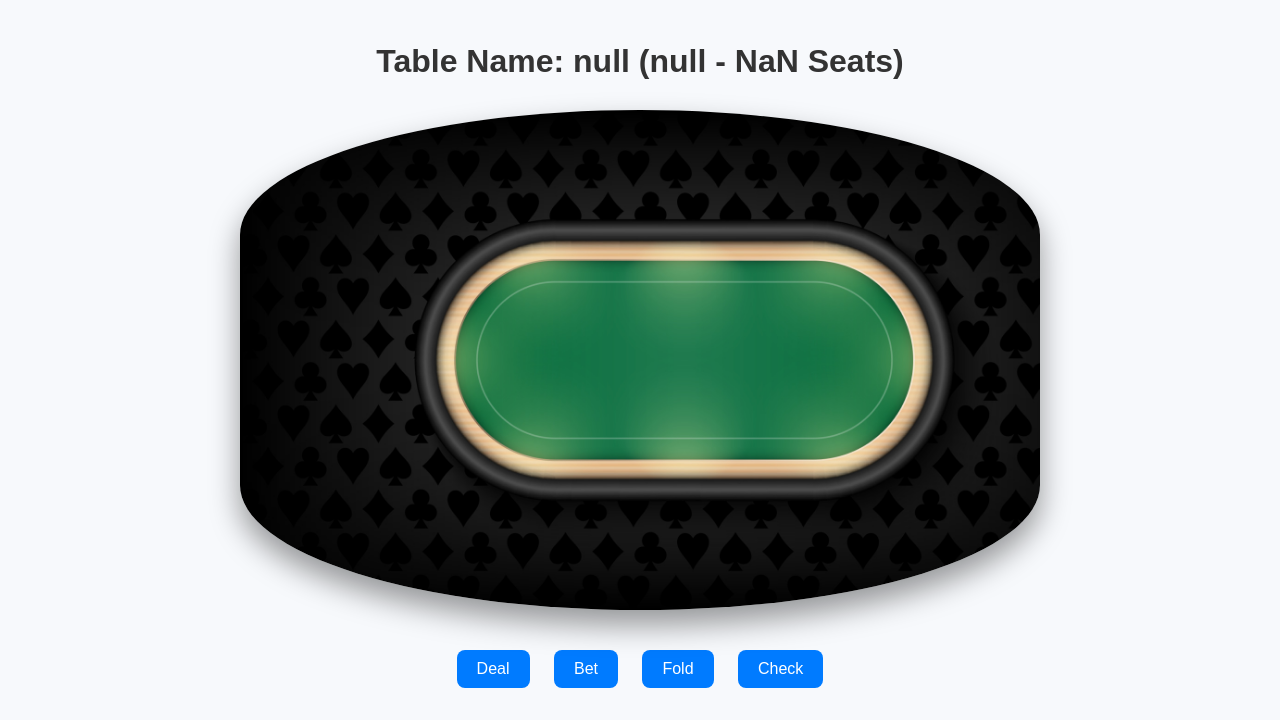
Repository: KidBillionaire/newapp
Page: public/playTable.html
The author's editor kept a copy of each file at every save. The page is drawn from the files as they stood at one save, then again after the next save.
The browser window is 1280 px wide. The pictures show the whole page.

Above is the page before, as saved 2024-10-10 17:27:50.

### public/playTable.html
<!DOCTYPE html>
<html lang="en">
<head>
    <meta charset="UTF-8">
    <meta name="viewport" content="width=device-width, initial-scale=1.0">
    <title>Sit Down at the Poker Table</title>
    <link rel="stylesheet" href="styles.css">
</head>
<body>
    <div class="container">
        <h1 id="tableNameHeading">Poker Table</h1>
        <div id="pokerTableContainer">
            <!-- Seats will be dynamically populated here -->
            <div id="communityCardsContainer">
                <div class="community-card" id="card1"></div>
                <div class="community-card" id="card2"></div>
                <div class="community-card" id="card3"></div>
                <div class="community-card" id="card4"></div>
                <div class="community-card" id="card5"></div>
            </div>
        </div>

        <!-- Action Buttons -->
        <div id="actionsContainer">
            <button id="dealButton">Deal</button>
            <button id="betButton" disabled>Bet</button>
            <button id="foldButton" disabled>Fold</button>
            <button id="checkButton" disabled>Check</button>
        </div>
    </div>

    <script>
        const pokerTableContainer = document.getElementById('pokerTableContainer');
        const betButton = document.getElementById('betButton');
        const foldButton = document.getElementById('foldButton');
        const checkButton = document.getElementById('checkButton');
        const dealButton = document.getElementById('dealButton');
        const tableNameHeading = document.getElementById('tableNameHeading');
        const communityCards = document.querySelectorAll('.community-card');

        // Retrieve table settings from local storage
        const tableName = localStorage.getItem('pokerTableName');
        const numSeats = parseInt(localStorage.getItem('numSeats'));
        const tableType = localStorage.getItem('tableType');

        tableNameHeading.textContent = `Table Name: ${tableName} (${tableType} - ${numSeats} Seats)`;

        let playerSeated = false;
        let playerHand = [];

        // Function to populate seats around the table
        function setupTable() {
            const xRadius = 350;
            const yRadius = 200;
            const centerX = 400;
            const centerY = 250;

            for (let i = 0; i < numSeats; i++) {
                const seat = document.createElement('div');
                seat.className = 'seat';
                seat.textContent = i + 1;
                seat.setAttribute('data-seat', i);
                seat.addEventListener('click', takeSeat); // Seat click event
                pokerTableContainer.appendChild(seat);

                const angle = (i / numSeats) * (2 * Math.PI);
                const x = centerX + xRadius * Math.cos(angle) - (seat.offsetWidth / 2);
                const y = centerY + yRadius * Math.sin(angle) - (seat.offsetHeight / 2);

                seat.style.left = `${x}px`;
                seat.style.top = `${y}px`;
            }
        }

        // Player takes a seat
        function takeSeat(event) {
            const seat = event.target;
            seat.textContent = 'You';
            seat.style.backgroundColor = '#00cc44';
            pokerTableContainer.childNodes.forEach(node => node.removeEventListener('click', takeSeat)); // Disable other seats

            playerSeated = true; // Player is now seated
            dealButton.disabled = false; // Enable deal button
        }

        // Function to handle dealing cards
        function dealCards() {
            if (!playerSeated) {
                alert('Please take a seat to start the game!');
                return;
            }

            dealButton.disabled = true; // Disable Deal button after dealing

            // Deal 2 cards to the player
            playerHand = [
                randomCard(),
                randomCard()
            ];
            console.log(`Your hand: ${playerHand.join(', ')}`);

            // Show flop cards (after a short delay for visual effect)
            setTimeout(() => {
                communityCards[0].textContent = randomCard();
                communityCards[1].textContent = randomCard();
                communityCards[2].textContent = randomCard();
                communityCards[0].classList.add('deal');
                communityCards[1].classList.add('deal');
                communityCards[2].classList.add('deal');

                // Pause for player actions
                enablePlayerActions();
            }, 1000);
        }

        // Enable player action buttons
        function enablePlayerActions() {
            betButton.disabled = false;
            foldButton.disabled = false;
            checkButton.disabled = false;

            console.log('Player actions enabled. Choose your move!');
        }

        // Simple random card generator
        function randomCard() {
            const suits = ['♥', '♦', '♣', '♠'];
            const values = ['2', '3', '4', '5', '6', '7', '8', '9', '10', 'J', 'Q', 'K', 'A'];
            const suit = suits[Math.floor(Math.random() * suits.length)];
            const value = values[Math.floor(Math.random() * values.length)];
            return `${value}${suit}`;
        }

        // Attach event listeners
        dealButton.addEventListener('click', dealCards);
        betButton.addEventListener('click', () => console.log('You bet!'));
        foldButton.addEventListener('click', () => console.log('You folded!'));
        checkButton.addEventListener('click', () => console.log('You checked!'));

        setupTable(); // Initialize the table
    </script>
</body>
</html>

### public/styles.css
/* Root Variables */
:root {
    --primary-color: #333;
    --secondary-color: #007BFF;
    --background: #f7f9fc;
    --highlight-color: #ff6347;
}

/* General Body Styles */
body {
    font-family: Arial, sans-serif;
    background: var(--background);
    color: var(--primary-color);
    margin: 0;
    display: flex;
    justify-content: center;
    align-items: center;
    height: 100vh;
}

/* Typography */
h1 {
    text-align: center;
    color: var(--primary-color);
}

.montserrat-title,
.montserrat-body {
    font-family: 'Montserrat', sans-serif;
}

.montserrat-title {
    font-weight: 700;
}

.montserrat-body {
    font-weight: 400;
}

/* Button Styles */
button {
    display: inline-block;
    margin: 10px;
    padding: 10px 20px;
    font-size: 16px;
    background-color: var(--secondary-color);
    color: white;
    border: none;
    border-radius: 8px;
    cursor: pointer;
    transition: background-color 0.3s ease-in-out, transform 0.2s;
}

button:hover {
    background-color: #555;
}

/* Action Container */
#actionsContainer {
    text-align: center;
    margin-top: 20px;
}

#dealCardsButton {
    width: 200px;
    margin: 20px auto;
    padding: 10px;
    font-size: 18px;
    cursor: pointer;
    text-align: center;
    border: none;
    background: var(--primary-color);
    color: var(--highlight-color);
    border-radius: 8px;
    transition: background 0.3s ease-in-out, transform 0.2s;
}

#dealCardsButton:hover {
    background: var(--highlight-color);
    color: var(--primary-color);
    transform: scale(1.1);
}

/* Table Styles */
#userTable {
    width: 80%;
    margin: 0 auto;
    border-collapse: collapse;
}

#userTable th, #userTable td {
    border: 1px solid #ddd;
    padding: 8px;
    text-align: center;
}

#userTable th {
    background-color: var(--primary-color);
    color: rgb(81, 14, 14);
}

/* Profile Settings Section */
#profileSettings {
    margin: 20px auto;
    width: 50%;
    border: 1px solid #ddd;
    padding: 20px;
    background-color: #fff;
    box-shadow: 0 0 10px rgba(0, 0, 0, 0.1);
}

#profileSettings label {
    display: inline-block;
    width: 150px;
}

#profileSettings input {
    width: calc(100% - 160px);
    padding: 8px;
    margin: 8px 0;
}

#profileSettings button {
    width: 100%;
    padding: 10px;
}

/* Create Poker Table Page */
.create-table-page {
    background: url('images/vecteezy_poker-table-green-cloth-on-dark-background-vector-illustration_6325236.jpg') center/cover no-repeat;
    background-attachment: fixed;
    height: 100vh;
    display: flex;
    justify-content: center;
    align-items: center;
    position: relative;
}

.create-table-page::after {
    content: '';
    position: absolute;
    top: 0;
    left: 0;
    width: 100%;
    height: 100%;
    background: rgba(255, 255, 255, 0.5);
    z-index: -1;
}

/* Poker Table Container */
#pokerTableContainer {
    width: 800px;
    height: 500px;
    margin: 30px auto;
    background-image: url('/images/vecteezy_poker-table-green-cloth-on-dark-background-vector-illustration_6325236.jpg');
    background-size: cover;
    border-radius: 50% / 25%;
    box-shadow: 0 15px 30px rgba(0, 0, 0, 0.4);
    position: relative;
}

/* Poker Table Elements */
#pokerTable {
    width: 500px;
    height: 500px;
    border-radius: 50%;
    background: var(--background);
    box-shadow: 0 0 20px rgba(0, 0, 0, 0.5);
}

/* Seat Styles */
.seat {
    width: 60px;
    height: 60px;
    border-radius: 50%;
    background-color: var(--primary-color);
    color: white;
    position: absolute;
    display: flex;
    justify-content: center;
    align-items: center;
    font-size: 14px;
    cursor: pointer;
    box-shadow: 0 0 10px rgba(0, 0, 0, 0.2);
    transition: background 0.3s ease;
}

.seat:hover {
    background-color: var(--highlight-color);
}

/* Community Card Styles */
.community-card {
    width: 60px;
    height: 90px;
    background: linear-gradient(135deg, #ffffff, #e9e9e9);
    border-radius: 10px;
    border: 2px solid #333;
    box-shadow: 0 10px 25px rgba(0, 0, 0, 0.2), 0 5px 15px rgba(0, 0, 0, 0.1);
    display: flex;
    justify-content: center;
    align-items: center;
    color: #333;
    font-size: 24px;
    font-weight: bold;
    margin: 0 5px;
    transform: scale(0);
    transition: transform 0.5s ease, box-shadow 0.3s ease-in-out;
}

.community-card.deal {
    transform: scale(1);
}

/* Card Hover Styles */
.community-card:hover {
    box-shadow: 0 15px 35px rgba(0, 0, 0, 0.5), 0 8px 25px rgba(0, 0, 0, 0.2);
    transform: scale(1.05);
}

After the next save:
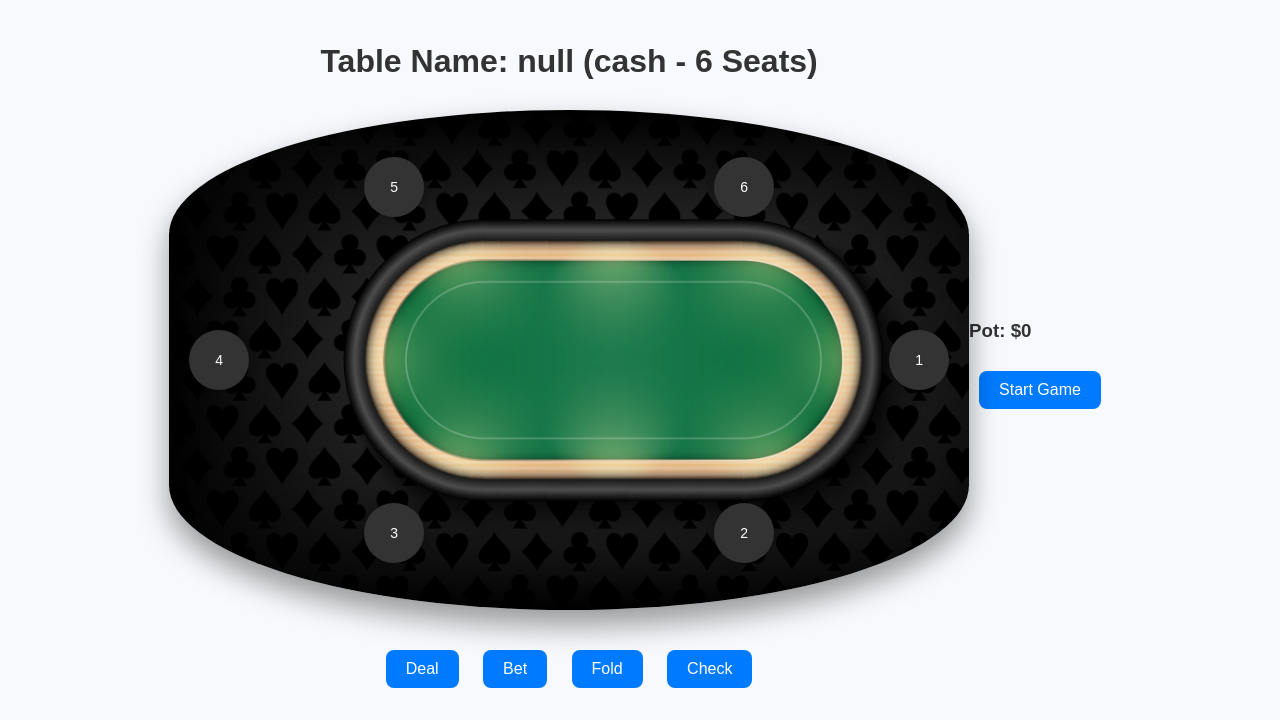
Saved 79 s later.
--- a/public/playTable.html
+++ b/public/playTable.html
@@ -29,7 +29,16 @@
         </div>
     </div>
 
+    <!-- Player Information and Betting Section -->
+    <div id="tableInfo">
+        <h3 id="currentPot">Pot: $0</h3>
+        <div id="playerActions">
+            <button id="startGameButton">Start Game</button>
+        </div>
+    </div>
+
     <script>
+        // Grab references to HTML elements
         const pokerTableContainer = document.getElementById('pokerTableContainer');
         const betButton = document.getElementById('betButton');
         const foldButton = document.getElementById('foldButton');
@@ -40,9 +49,10 @@
 
         // Retrieve table settings from local storage
         const tableName = localStorage.getItem('pokerTableName');
-        const numSeats = parseInt(localStorage.getItem('numSeats'));
-        const tableType = localStorage.getItem('tableType');
+        const numSeats = parseInt(localStorage.getItem('numSeats')) || 6;
+        const tableType = localStorage.getItem('tableType') || 'cash';
 
+        // Update table header
         tableNameHeading.textContent = `Table Name: ${tableName} (${tableType} - ${numSeats} Seats)`;
 
         let playerSeated = false;
@@ -79,7 +89,7 @@
             seat.style.backgroundColor = '#00cc44';
             pokerTableContainer.childNodes.forEach(node => node.removeEventListener('click', takeSeat)); // Disable other seats
 
-            playerSeated = true; // Player is now seated
+            playerSeated = true;
             dealButton.disabled = false; // Enable deal button
         }
 
